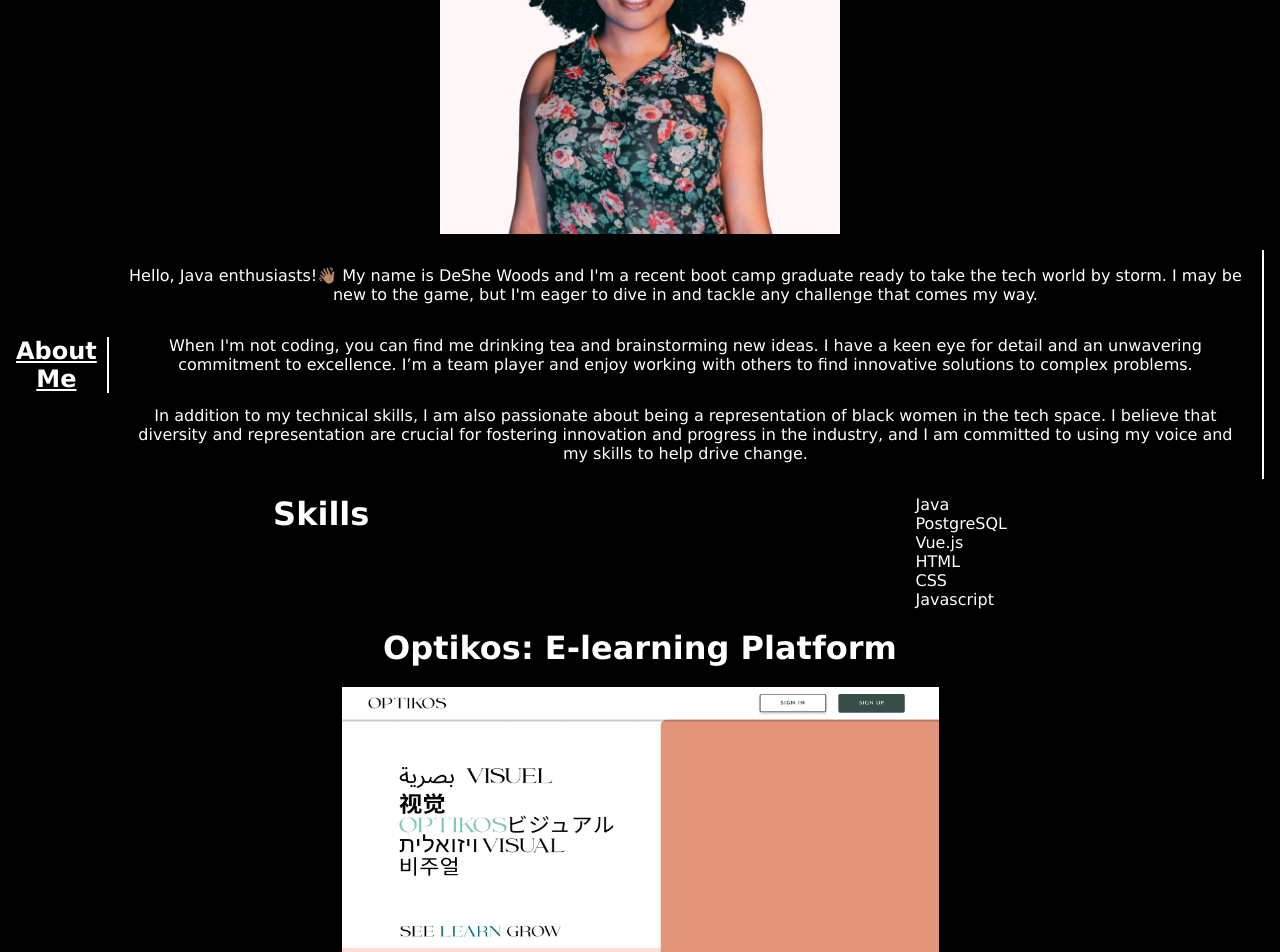
Repository: woodsdeshe/portfolio
Page: index.html
The author's editor kept a copy of each file at every save. The page is drawn from the files as they stood at one save, then again after the next save.
The browser window is 1280 px wide. The pictures show the part of the page from y = 1002 to 1954 px (the page is 2346 px tall before and 2442 px after).
A picture or video elsewhere on the page could not be fetched, so the positions and the page height are approximate. Some web fonts or font styles are not loaded; a fallback is used.

Above is the page before, as saved 2023-06-11 12:18:23.

After the next save:
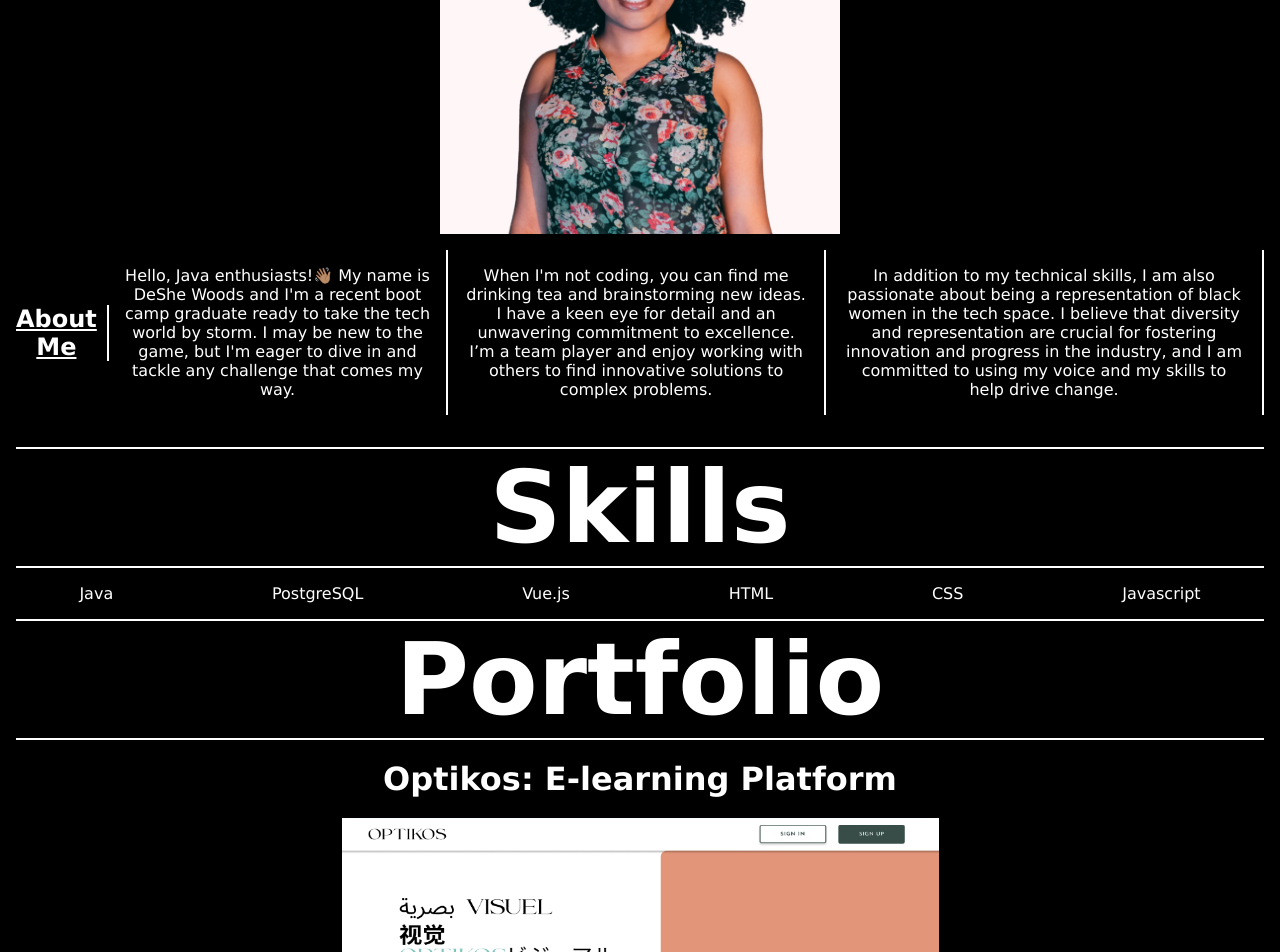
Saved 5 s later.
--- a/index.html
+++ b/index.html
@@ -23,35 +23,31 @@
     <div class="headshot" data-aos="fade-up">
         <img src="Headshot.jpg" alt="Picture of DeShe Woods">
     </div>
-   <div class="about-me" data-aos="fade-up">
-  <h2>About Me</h2>
-  <div class="about-me-content">
-    <p>Hello, Java enthusiasts!👋🏽 My name is DeShe Woods and I'm a recent boot camp graduate ready to take the tech world by storm. I may be new to the game, but I'm eager to dive in and tackle any challenge that comes my way.</p>
-    <p>When I'm not coding, you can find me drinking tea and brainstorming new ideas. I have a keen eye for detail and an unwavering commitment to excellence. I’m a team player and enjoy working with others to find innovative solutions to complex problems.</p>
-    <p>In addition to my technical skills, I am also passionate about being a representation of black women in the tech space. I believe that diversity and representation are crucial for fostering innovation and progress in the industry, and I am committed to using my voice and my skills to help drive change.</p>
-  </div>
-</div>
+    <div class="about-me" data-aos="fade-up">
+        <h2>About Me</h2>
+        <p>Hello, Java enthusiasts!👋🏽 My name is DeShe Woods and I'm a recent boot camp graduate ready to take the tech world by storm. I may be new to the game, but I'm eager to dive in and tackle any challenge that comes my way.</p>
+        <p>When I'm not coding, you can find me drinking tea and brainstorming new ideas. I have a keen eye for detail and an unwavering commitment to excellence. I’m a team player and enjoy working with others to find innovative solutions to complex problems.</p>
+        <p>In addition to my technical skills, I am also passionate about being a representation of black women in the tech space. I believe that diversity and representation are crucial for fostering innovation and progress in the industry, and I am committed to using my voice and my skills to help drive change.</p>
+    </div>
 
-<div class="skills-content" data-aos="fade-up">
-  <h1>Skills</h1>
-  <div class="skills-grid">
-    <p class="java">Java</p>
-    <p class="postgresql">PostgreSQL</p>
-    <p class="Vue-js">Vue.js</p>
-    <p class="html">HTML</p>
-    <p class="css">CSS</p>
-    <p class="javascript">Javascript</p>
-  </div>
-</div>
-
-<div class="optikos" data-aos="fade-up">
-  <h1>Optikos: E-learning Platform</h1>
-  <div class="optikos-content">
-    <img src="Screenshot (6).png" alt="Screenshot of Optikos home page">
-    <p>Lorem ipsum dolor sit amet, consectetur adipiscing elit. Sed commodo elit vel odio facilisis, sed scelerisque sem posuere.</p>
-  </div>
-</div>
-
+    <div class="skills-header">
+        <h1>Skills</h1>
+    </div>
+    <div class="skills-content" data-aos="fade-up">
+        <p class="java">Java</p>
+        <p class="postgresql">PostgreSQL</p>
+        <p class="Vue-js">Vue.js</p>
+        <p class="html">HTML</p>
+        <p class="css">CSS</p>
+        <p class="javascript">Javascript</p>
+    </div>
+    <div class="portfolio-header">
+        <h1>Portfolio</h1>
+    </div>
+    <div class="optikos" data-aos="fade-up">
+        <h1>Optikos: E-learning Platform</h1>
+        <img src="Screenshot (6).png" alt="Screenshot of Optikos home page">
+    </div>
     <div class="contact" data-aos="fade-right">
         <h2>Contact</h2>
     </div>
